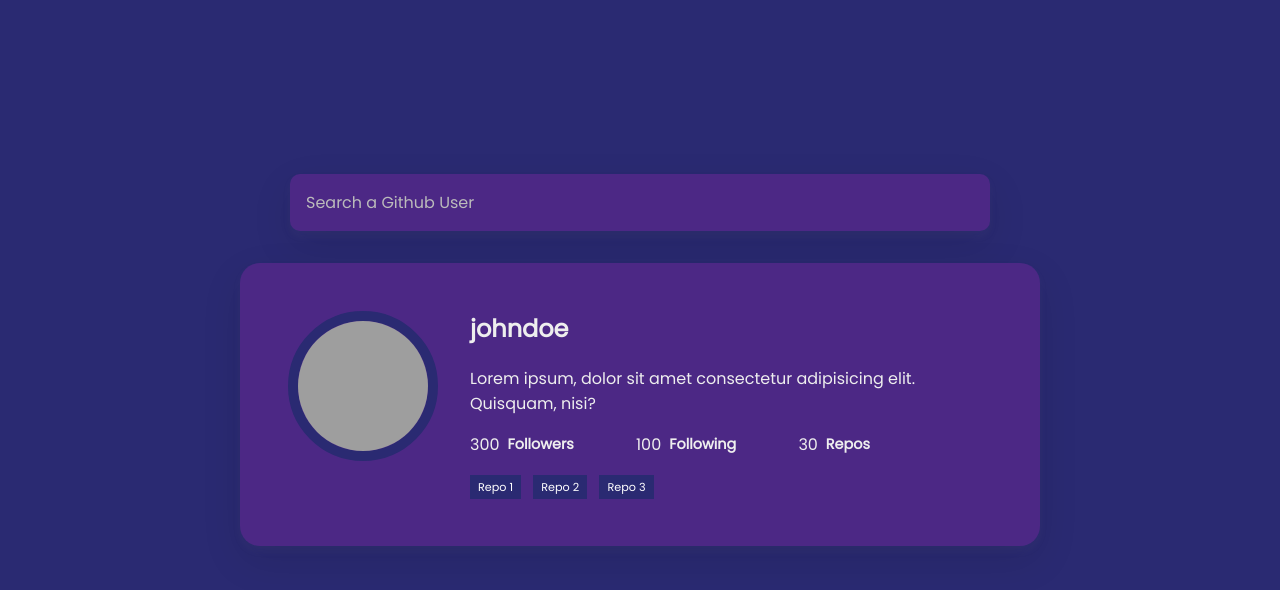
Repository: eagle-tex/50-projects-BT
Page: 28-github-profiles/index.html
An editor plug-in stored every save of this project. The page is shown before and after the next save, followed by the edit.
The browser window is 1280 px wide. The pictures show the whole page.
Pictures or frames that could not be fetched are drawn as grey boxes.

Above is the page before, as saved 2021-01-23 11:10:41.

### 28-github-profiles/index.html
<!DOCTYPE html>
<html lang="en">

<head>
  <meta charset="UTF-8" />
  <meta name="viewport" content="width=device-width, initial-scale=1.0" />
  <link rel="stylesheet" href="style.css" />
  <title>Github Profiles</title>
</head>

<body>
  <form class="user-form" id="form">
    <input type="text" id="search" placeholder="Search a Github User">
  </form>

  <main id="main">
    <div class="card">
      <div>
        <img src="https://randomuser.me/api/portraits/men/30.jpg" alt="" class="avatar">
      </div>
      <div class="user-info">
        <h2>johndoe</h2>
        <p>Lorem ipsum, dolor sit amet consectetur adipisicing elit. Quisquam, nisi?</p>

        <ul>
          <li>300 <strong>Followers</strong></li>
          <li>100 <strong>Following</strong></li>
          <li>30 <strong>Repos</strong></li>
        </ul>

        <div id="repos">
          <a href="#" class="repo">Repo 1</a>
          <a href="#" class="repo">Repo 2</a>
          <a href="#" class="repo">Repo 3</a>
        </div>

      </div>
    </div>
  </main>

  <script src="script.js"></script>
</body>

</html>

### 28-github-profiles/style.css
@import url('https://fonts.googleapis.com/css2?family=Poppins:wght@200;400&display=swap');

:root {
  --body-bg: #2a2a72;
  --form-bg: #4c2885;
}

* {
  box-sizing: border-box;
}

body {
  background-color: var(--body-bg);
  color: #fff;
  font-family: 'Poppins', sans-serif;
  display: flex;
  flex-direction: column;
  align-items: center;
  justify-content: center;
  height: 100vh;
  overflow: hidden;
  margin: 0;
}

.user-form {
  width: 100%;
  max-width: 700px;
}

.user-form input {
  width: 100%;
  display: block;
  background-color: var(--form-bg);
  border: none;
  border-radius: 10px;
  -webkit-border-radius: 10px;
  -moz-border-radius: 10px;
  -ms-border-radius: 10px;
  -o-border-radius: 10px;
  color: #fff;
  padding: 1rem;
  margin-bottom: 2rem;
  font-family: inherit;
  font-size: 1rem;
  box-shadow: 0 5px 10px rgba(154, 160, 185, 0.05),
    0 15px 40px rgba(0, 0, 0, 0.1);
}

.user-form input::placeholder {
  color: #bbb;
}

.user-form input:focus {
  outline: none;
}

.card {
  max-width: 800px;
  background-color: var(--form-bg);
  border-radius: 20px;
  -webkit-border-radius: 20px;
  -moz-border-radius: 20px;
  -ms-border-radius: 20px;
  -o-border-radius: 20px;
  box-shadow: 0 5px 10px rgba(154, 160, 185, 0.05),
    0 15px 40px rgba(0, 0, 0, 0.1);
  display: flex;
  padding: 3rem;
  margin: 0 1.5rem;
}

.avatar {
  border-radius: 50%;
  -webkit-border-radius: 50%;
  -moz-border-radius: 50%;
  -ms-border-radius: 50%;
  -o-border-radius: 50%;
  border: 10px solid var(--body-bg);
  height: 150px;
  width: 150px;
}

.user-info {
  color: #eee;
  margin-left: 2rem;
}

.user-info h2 {
  margin-top: 0;
}

.user-info ul {
  list-style-type: none;
  display: flex;
  justify-content: space-between;
  padding: 0;
  max-width: 400px;
}

.user-info ul li {
  display: flex;
  align-items: center;
}

.user-info ul li strong {
  font-size: 0.9rem;
  margin-left: 0.5rem;
}

.repo {
  text-decoration: none;
  color: #fff;
  background-color: var(--body-bg);
  font-size: 0.7rem;
  padding: 0.25rem 0.5rem;
  margin-right: 0.5rem;
  mb
}

Loaded but not shown: 28-github-profiles/script.js (no copy from this time; the picture is the same without it)

After the next save:
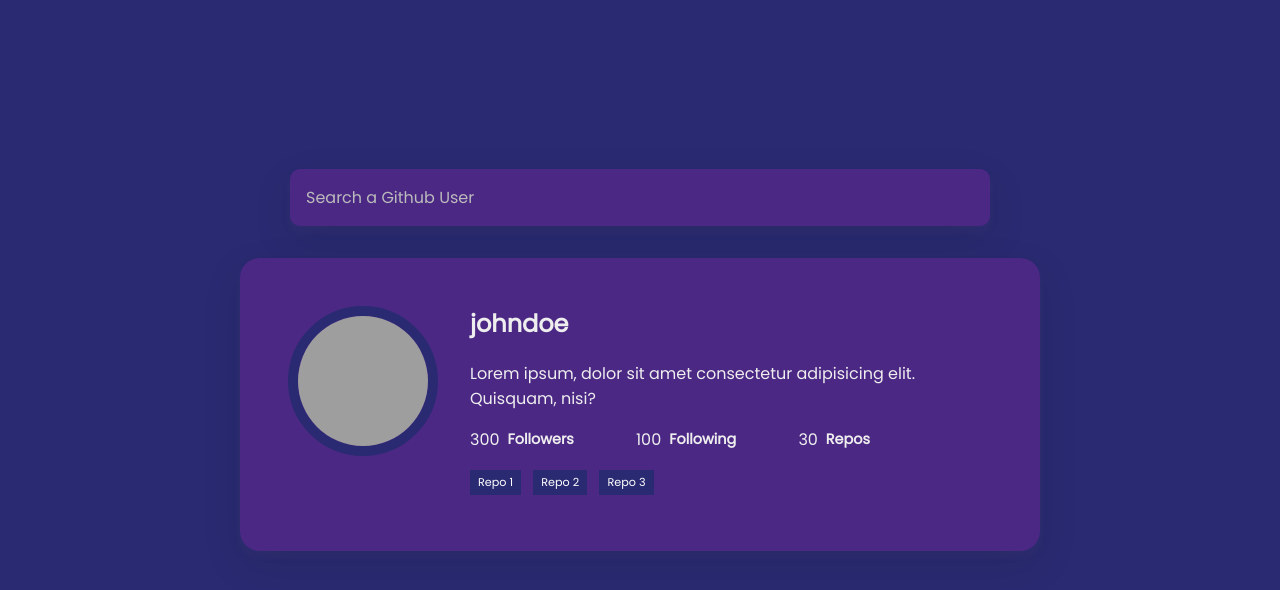
Saved 17 s later.
--- a/28-github-profiles/style.css
+++ b/28-github-profiles/style.css
@@ -114,5 +114,6 @@ body {
   font-size: 0.7rem;
   padding: 0.25rem 0.5rem;
   margin-right: 0.5rem;
-  mb
+  margin-bottom: 0.5rem;
+  display: inline-block;
 }
